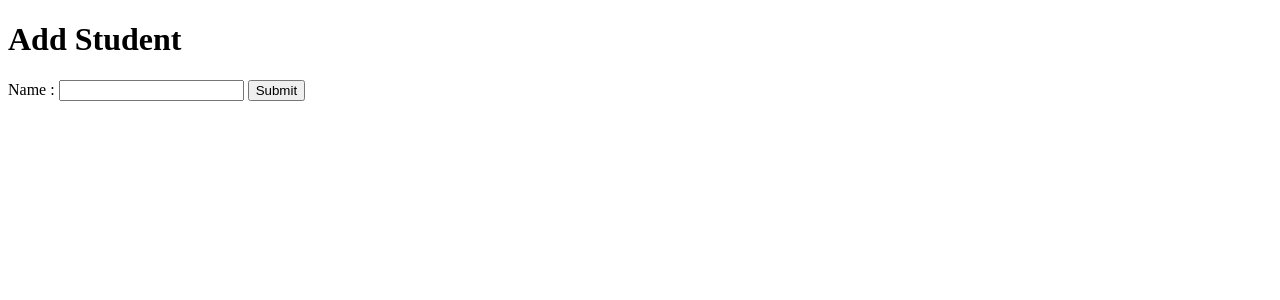
Repository: afgeshza/j2ee
Page: http://localhost/Servlet/StudentForm.jsp
An editor plug-in stored every save of this project. The page is shown before and after the next save, followed by the edit.
The browser window is 1280 px wide. The pictures show the whole page.
The page is served by Tomcat 9.

Above is the page before, as saved 2017-04-21 03:44:39.

After the next save:
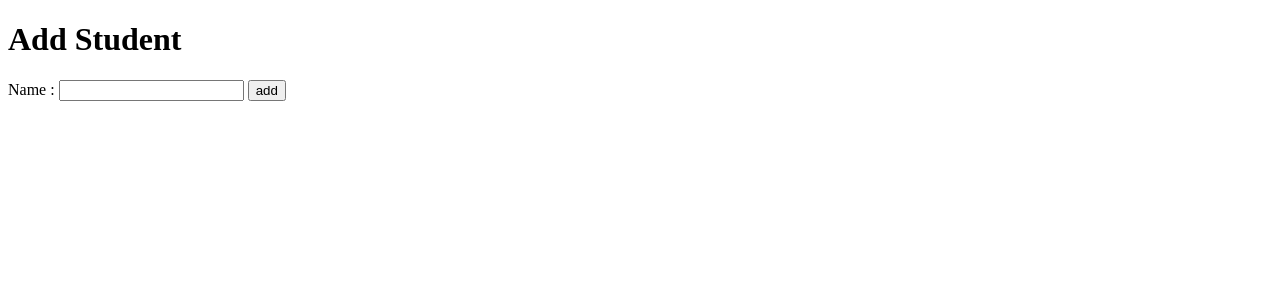
Saved 3 min 48 s later.
--- a/project4-exercise/Servlet/WebContent/StudentForm.jsp
+++ b/project4-exercise/Servlet/WebContent/StudentForm.jsp
@@ -15,13 +15,12 @@
 		<h1>Add Student</h1>
 		<label for="name">Name : </label>
 		<input name="name" id="name" type="text"/>
-		<input type="submit"/>
+		<button type="submit">add</button>
 	</form>
+
 	<c:forEach items="${name}" var="item">
-		<br>
-		${item.key} ${item.value}
-		<br>
-		<button>Delete</button>
+		<br>${item.key} ${item.value}<br>
+		<button>Remove</button>
 	</c:forEach>
 </body>
 </html>
